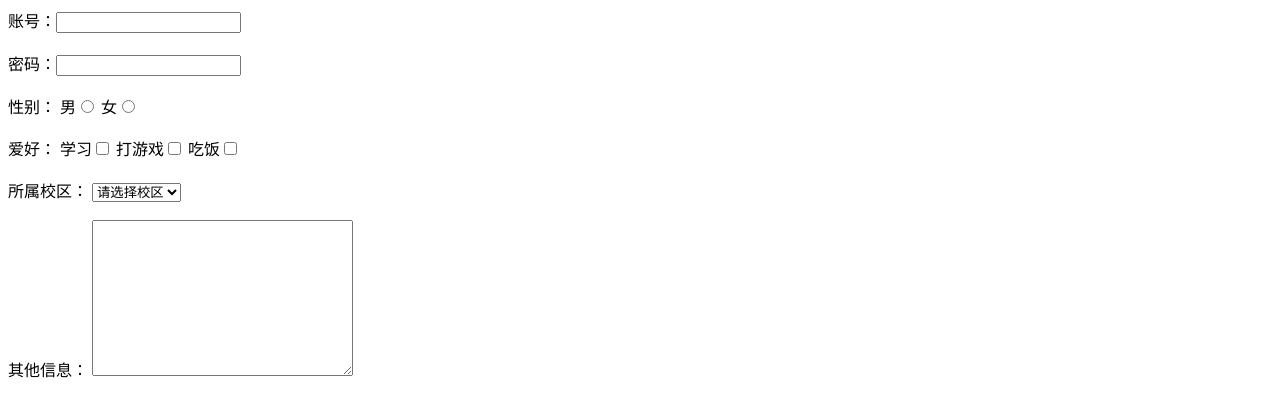
Repository: Lconfident/Learning_Process
Page: Vue/vue_basic/13__收集表单数据/1.收集表单数据.html
These files come from the project's save history. The page is drawn as it stood at one moment and after a run of saves; the edit follows.
The browser window is 1280 px wide. The pictures show the whole page.

Above is the page before, as saved 2023-07-22 10:30:40.

### Vue/vue_basic/13__收集表单数据/1.收集表单数据.html
<!DOCTYPE html>
<html lang="en">

<head>
    <meta charset="UTF-8">
    <meta name="viewport" content="width=device-width, initial-scale=1.0">
    <title>Doc</title>
    <!-- 引入Vue -->
    <script type="text/javascript" src="../../js/vue.js"></script>
</head>

<body>
    <!-- 准备好一个容器 -->
    <div id="root">
        <form>
            账号：<input type="text"><br><br>
            密码：<input type="password"><br><br>
            性别：
            男<input type="radio" name="gender">
            女<input type="radio" name="gender"><br><br>
            爱好：
            学习<input type="checkbox">
            打游戏<input type="checkbox">
            吃饭<input type="checkbox"><br><br>
            所属校区：
            <select>
                <option value="">请选择校区</option>
                <option value="beijing">北京</option>
                <option value="shanghai">上海</option>
                <option value="wuhan">武汉</option>
                <option value="shenzhen">深圳</option>
            </select><br><br>
            其他信息：
            <textarea cols="30" rows="10"></textarea>
        </form>
    </div>

</body>

<script type="text/javascript">

</script>

</html>

Loaded but not shown: Vue/js/vue.js (library)

After the next 4 saves:
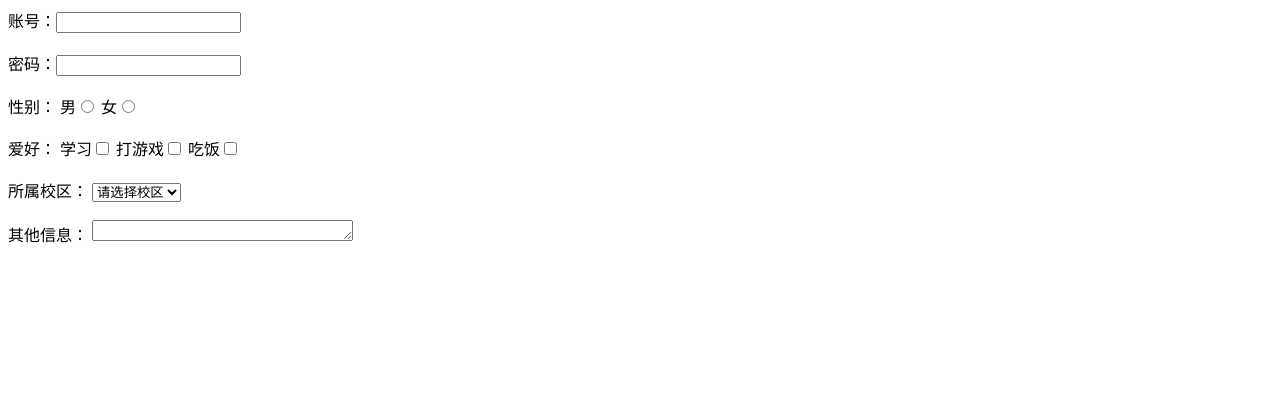
The 4 saves are shown as one change because they came seconds apart.
The last was saved 30 s later.
--- a/Vue/vue_basic/13__收集表单数据/1.收集表单数据.html
+++ b/Vue/vue_basic/13__收集表单数据/1.收集表单数据.html
@@ -31,7 +31,7 @@
                 <option value="shenzhen">深圳</option>
             </select><br><br>
             其他信息：
-            <textarea cols="30" rows="10"></textarea>
+            <textarea cols="30" rows="1"></textarea>
         </form>
     </div>
 
